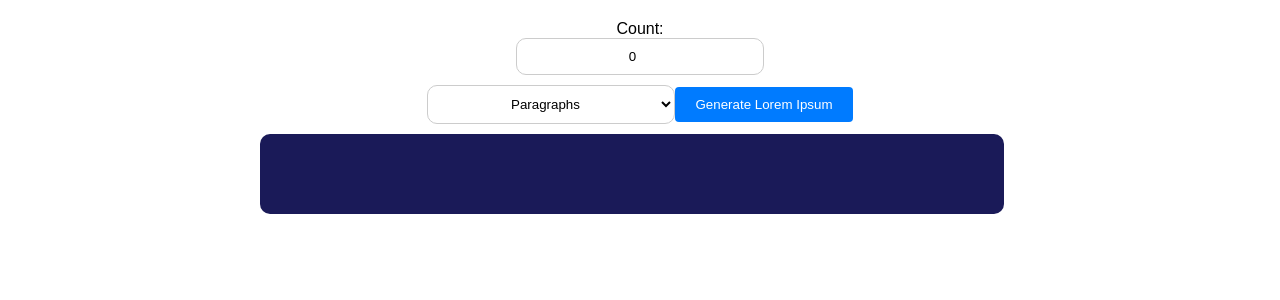
Repository: sriram1224/lorem-generator
Page: /
These files come from the project's save history. The page is drawn as it stood at one moment and after the next save; the edit follows.
The browser window is 1280 px wide. The pictures show the whole page.
The project was rebuilt for these pictures with package versions that can differ from the ones it lists, and the page was loaded fresh each time.

Above is the page before, as saved 2024-03-11 21:53:47.

After the next save:
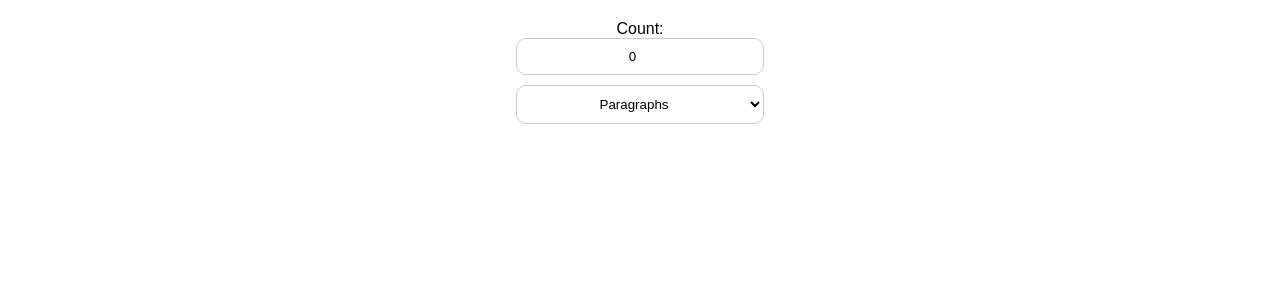
Saved 36 s later.
--- a/src/Components/lorem.js
+++ b/src/Components/lorem.js
@@ -5,7 +5,6 @@ import './lorem.css';
 const LoremGenerator = () => {
   const [count, setCount] = useState(0);
   const [type, setType] = useState('paragraphs');
-  const [generatedText, setGeneratedText] = useState('');
 
   const handleCountChange = (e) => {
     const newCount = parseInt(e.target.value, 10);
@@ -21,25 +20,30 @@ const LoremGenerator = () => {
     alert('Copied to clipboard!');
   };
 
-  const copyAllToClipboard = () => {
-    navigator.clipboard.writeText(generatedText);
-    alert('All text copied to clipboard!');
-  };
-
   const generateLorem = () => {
-    let result = '';
+    let result = [];
     if (type === 'paragraphs') {
       for (let i = 0; i < count; i++) {
         const text = loremIpsum({ units: 'paragraphs' });
-        result += `${i + 1}) ${text}\n`;
+        result.push(
+          <div className="list" key={i}>
+            <p>{i + 1}) {text}</p>
+            <button onClick={() => copyToClipboard(text)}>Copy</button>
+          </div>
+        );
       }
     } else {
       for (let i = 0; i < count; i++) {
         const text = loremIpsum({ units: 'sentences' });
-        result += `${i + 1}) ${text}\n`;
+        result.push(
+          <div className="list" key={i}>
+            <span>{i + 1}) {text}</span>
+            <button onClick={() => copyToClipboard(text)}>Copy</button>
+          </div>
+        );
       }
     }
-    setGeneratedText(result);
+    return result;
   };
 
   return (
@@ -54,20 +58,7 @@ const LoremGenerator = () => {
         <option value="paragraphs">Paragraphs</option>
         <option value="sentences">Sentences</option>
       </select>
-      <button onClick={generateLorem}>Generate Lorem Ipsum</button>
-      <div className="list-container">
-        {generatedText.split('\n').map((text, index) => (
-          <div className="list" key={index}>
-            <span>{text}</span>
-
-          </div>
-        ))}
-      </div>
-      {generatedText && (
-        <div>
-          <button onClick={copyAllToClipboard}>Copy All</button>
-        </div>
-      )}
+      <div className="list-container">{generateLorem()}</div>
     </div>
   );
 };
